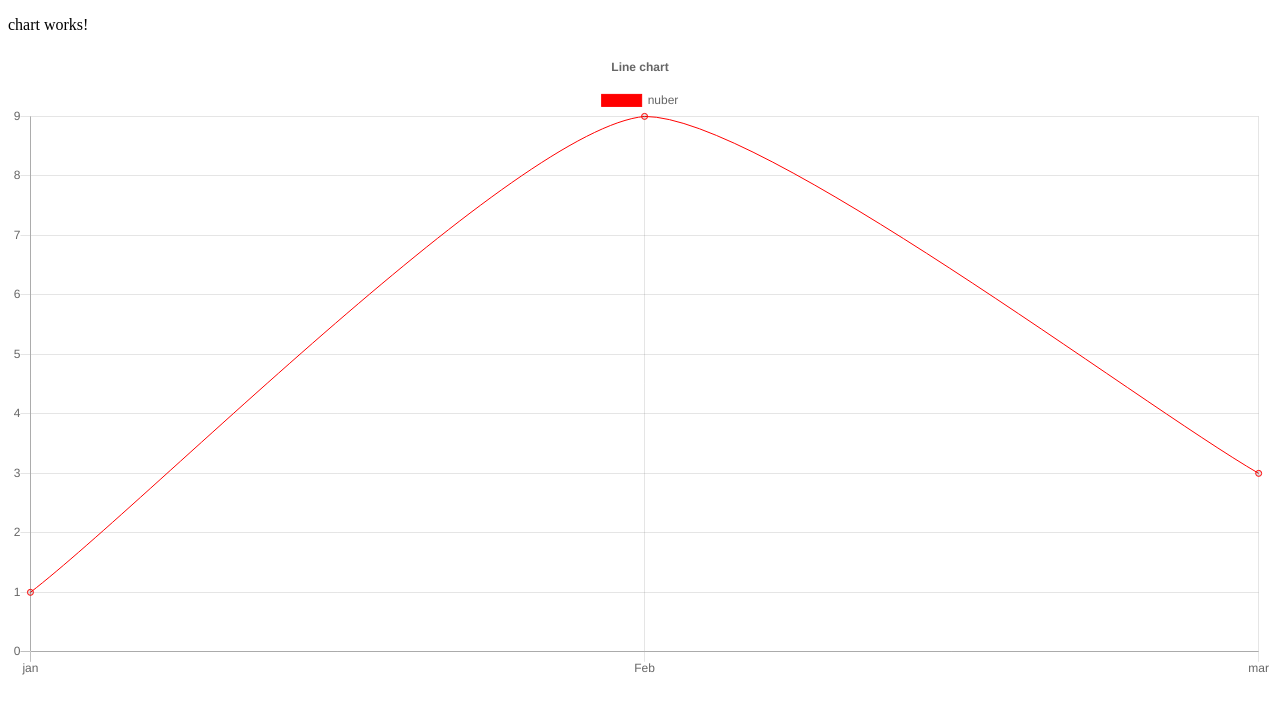
Repository: abinhasan/Project-1
Page: /
These files come from the project's save history. The page is drawn as it stood at one moment and after the next save; the edit follows.
The browser window is 1280 px wide. The pictures show the whole page.
The page's requests for data from a server got no answer. The project was rebuilt for these pictures with package versions that can differ from the ones it lists, and the page was loaded fresh each time. No one was signed in, and anything a server would have sent is missing. Also part of the build but not shown: angular.json.

Above is the page before, as saved 2019-09-07 13:29:16.

After the next save:
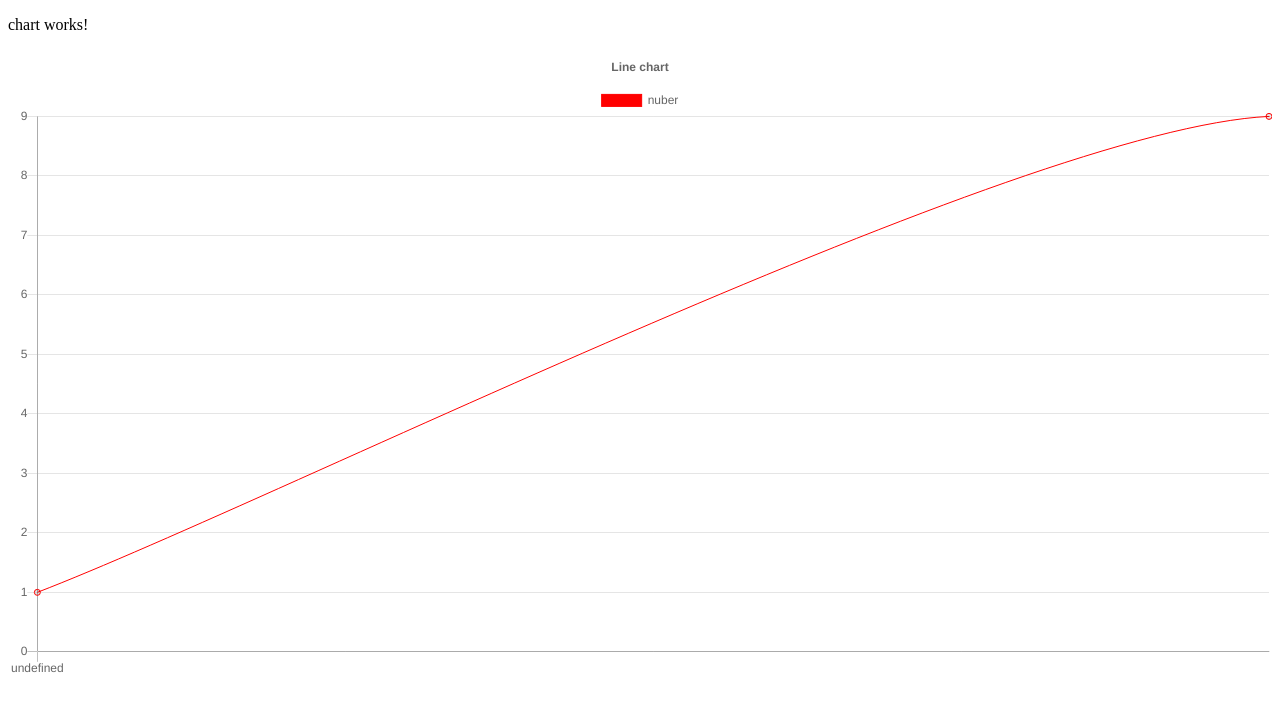
Saved 54 s later.
--- a/src/app/components/chart/chart.component.ts
+++ b/src/app/components/chart/chart.component.ts
@@ -22,7 +22,8 @@ export class ChartComponent implements OnInit {
     this.LineChart.push(new Chart('lineChart', {
       type: 'line',
       data: {
-        labels: ["jan", "Feb","mar"],
+        //labels: ["jan", "Feb","mar"],
+        labels: [this.chartList.time],
         datasets: [{
           label: 'nuber',
           data: [1, 9,3],
